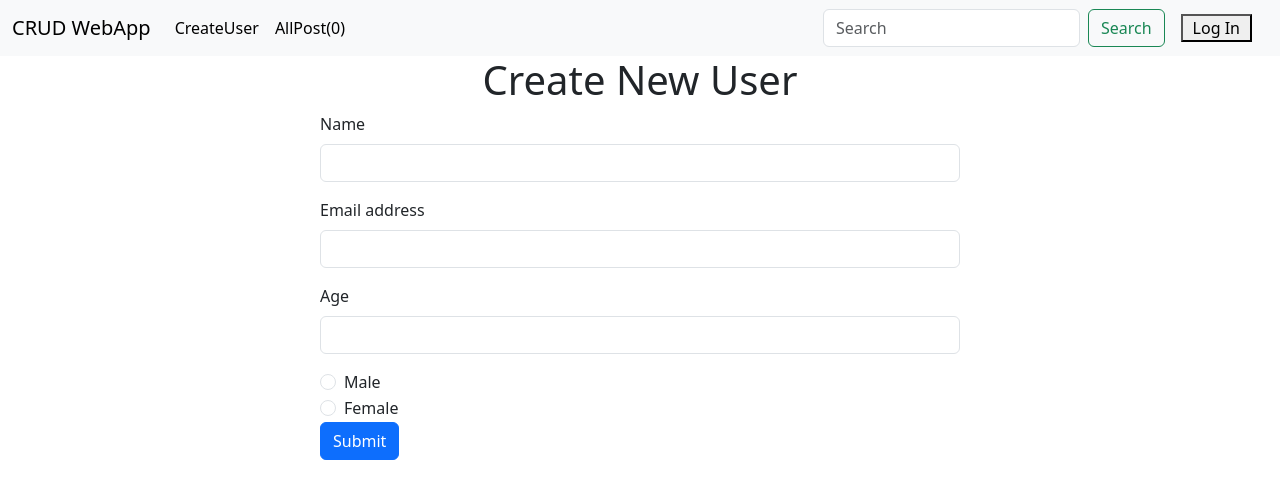
Repository: suraj-yadav7/createpost-redux
Page: /
An editor plug-in stored every save of this project. The page is shown before and after the next save, followed by the edit.
The browser window is 1280 px wide. The pictures show the whole page.
The project was rebuilt for these pictures with package versions that can differ from the ones it lists, and the page was loaded fresh each time. Also part of the build but not shown: vite.config.js, src/App.css, src/assets/viewuser.css, src/components/ViewUser.jsx, src/components/UpdateUser.jsx, src/components/Read.jsx, src/index.css.

Above is the page before, as saved 2023-05-25 23:35:02.

### index.html
<!DOCTYPE html>
<html lang="en">
  <head>
    <meta charset="UTF-8" />
    <link rel="icon" type="image/svg+xml" href="/vite.svg" />
    <meta name="viewport" content="width=device-width, initial-scale=1.0" />
    <link href="https://cdn.jsdelivr.net/npm/bootstrap@5.3.0-alpha3/dist/css/bootstrap.min.css" rel="stylesheet" integrity="sha384-KK94CHFLLe+nY2dmCWGMq91rCGa5gtU4mk92HdvYe+M/SXH301p5ILy+dN9+nJOZ" crossorigin="anonymous">
    <title>CRUD WebApp</title>
  </head>
  <body>
    <div id="root"></div>
    <script type="module" src="/src/main.jsx"></script>
    <script src="https://cdn.jsdelivr.net/npm/bootstrap@5.3.0-alpha3/dist/js/bootstrap.bundle.min.js" integrity="sha384-ENjdO4Dr2bkBIFxQpeoTz1HIcje39Wm4jDKdf19U8gI4ddQ3GYNS7NTKfAdVQSZe" crossorigin="anonymous"></script>
  </body>
</html>
  </body>
</html>

### src/main.jsx
import React from 'react'
import ReactDOM from 'react-dom/client'
import App from './App.jsx'
import './index.css'
import { Provider } from 'react-redux'
import store from "./store/store.jsx"
import { Auth0Provider } from "@auth0/auth0-react";

ReactDOM.createRoot(document.getElementById('root')).render(
  <Auth0Provider
  domain="dev-f0vrvzicx3fqszs1.us.auth0.com"
  clientId="TATqhhZI6gkrUFpzIdMG64wIT1x1fYov"
  authorizationParams={{
    redirect_uri: window.location.origin
  }}
>
  <Provider store={store}>
    <App />
  </Provider>
  </Auth0Provider>,
)

### src/App.jsx
import React, { useState } from 'react'
import './App.css'
import Navbar from './components/Navbar'
import Read from './components/Read'
import UpdateUser from "./components/UpdateUser"
import { BrowserRouter as Router,Routes,Route } from 'react-router-dom'
import CreateData from './components/CreateData.jsx'

function App() {

  return (
    <>
    <Router>
    <Navbar />
    <Routes>
    <Route exact path="/" element={<CreateData />} />
    <Route exact path="/read" element={<Read />} />
    <Route exact path="/edit/:id" element={<UpdateUser />} />
    </Routes>
    </Router>
    </>
  )
}

export default App

### src/store/store.jsx
import { configureStore } from "@reduxjs/toolkit";
import userDetail from "./slice/userDetail"

const store = configureStore({
    reducer:{
        users:userDetail
    }
})

export default store;

### src/components/Navbar.jsx
import React, { useEffect, useState } from 'react'
import { useSelector } from 'react-redux'
import { Link } from 'react-router-dom'
import { useDispatch } from 'react-redux'
import {searchUser} from  '../store/slice/userDetail'
import { useAuth0 } from "@auth0/auth0-react";

const Navbar = () => {
  const allusers = useSelector((state)=>state.users.user)
  const [searchVal, setSearchVal] = useState("")
  const dispatch = useDispatch()
  console.log("The search val", searchVal)

  const { loginWithRedirect } = useAuth0();

  useEffect(()=>{
    dispatch(searchUser(searchVal))

  },[searchVal])
  return (
    <>
      <nav className="navbar navbar-expand-lg bg-body-tertiary">
        <div className="container-fluid">
          <Link to="/" className="navbar-brand" >CRUD WebApp</Link>
          <button className="navbar-toggler" type="button" data-bs-toggle="collapse" data-bs-target="#navbarSupportedContent" aria-controls="navbarSupportedContent" aria-expanded="false" aria-label="Toggle navigation">
            <span className="navbar-toggler-icon"></span>
          </button>
          <div className="collapse navbar-collapse" id="navbarSupportedContent">
            <ul className="navbar-nav me-auto mb-2 mb-lg-0">
              <li className="nav-item">
                <Link to="/" className="nav-link active" aria-current="page" >CreateUser</Link>
              </li>
              <li className="nav-item">
                <Link to="/read" className="nav-link active" >AllPost({allusers.length})</Link>
              </li>
            </ul>
            <form className="d-flex" role="search">
              <input className="form-control me-2" type="search" onChange={(e)=>setSearchVal(e.target.value)} placeholder="Search" aria-label="Search" />
              <button className="btn btn-outline-success" type="submit">Search</button>
            </form>
            <button style={{padding:"0 10px", margin:"0 1rem"}} onClick={() => loginWithRedirect()}>Log In</button>
          </div>
        </div>
      </nav>
    </>
  )
}

export default Navbar

### src/components/CreateData.jsx
import React, {useState} from 'react'
import { useDispatch } from 'react-redux'
import { useNavigate } from 'react-router-dom'
import { createUser } from '../store/slice/userDetail'


const CreateData = () => {

    const [data, SetData]=useState({})
    const handleData= (e)=>{
        SetData({...data, [e.target.name]:e.target.value})
        console.log(data)
    }

    const dispatch = useDispatch()
    const navigate = useNavigate()

    const handleSubmit = (e)=>{
        e.preventDefault()
        dispatch(createUser(data))
        navigate("/read")
    }
    return (
        <>
             <h1 style={{textAlign:"center"}}>Create New User</h1>
            <form className='w-50 mx-auto' onSubmit={handleSubmit}>
                <div className="mb-3">
                    <label htmlFor="exampleInputEmail1" className="form-label">Name</label>
                    <input type="text" className="form-control" name="name" onChange={handleData} id="exampleInputEmail1" aria-describedby="emailHelp" />
                </div>
                <div className="mb-3">
                    <label htmlFor="exampleInputEmail1" className="form-label">Email address</label>
                    <input type="email" className="form-control" name="email" onChange={handleData} id="exampleInputEmail1" aria-describedby="emailHelp" />
                </div>
                <div className="mb-3">
                    <label htmlFor="exampleInputEmail1" className="form-label">Age</label>
                    <input type="text" className="form-control" name="age" onChange={handleData} id="exampleInputEmail1" aria-describedby="emailHelp" />
                </div>
                <div className='mx-auto'>
                    <div className="form-check">
                        <input className="form-check-input" type="radio" name="gender" value="male" onChange={handleData} id="flexRadioDefault1" />
                        <label className="form-check-label"  htmlFor="flexRadioDefault1">
                            Male
                        </label>
                    </div>
                    <div className="form-check">
                        <input className="form-check-input" type="radio" name="gender" value="female" onChange={handleData} id="flexRadioDefault2" />
                        <label className="form-check-label" htmlFor="flexRadioDefault2">
                            Female
                        </label>
                    </div>
                </div>
                <button type="submit" className="btn btn-primary" >Submit</button>
            </form>
        </>
    )
}

export default CreateData

### src/store/slice/userDetail.jsx
import { createSlice, createAsyncThunk } from "@reduxjs/toolkit";

// Creating a user
export const createUser = createAsyncThunk("createUser", async(data, {rejectWithValue})=>{
    let response = await fetch("https://646273424dca1a661346b571.mockapi.io/crud",{
    method:"POST",
    headers:{
        "content-type":"application/json"
    },
    body:JSON.stringify(data)
                })

    try{
        let apiData = await response.json()
        console.log("The dat in createuser", apiData)
        return apiData
    }
    catch(error){
        rejectWithValue(error)
    }
} )

// reading user data in allUser page
export const showUser = createAsyncThunk("showUser", async(arg,{rejectWithValue})=>{
    let response = await fetch("https://646273424dca1a661346b571.mockapi.io/crud")
    try{
        let apiData = await response.json()
        // console.log("the fetched", apiData)
        return apiData
    }
    catch(error){
        rejectWithValue(error)
    }
})

// Deleting user from database
export const deleteUser = createAsyncThunk("deleteUser", async(id,{rejectWithValue})=>{
    let response = await fetch(`https://646273424dca1a661346b571.mockapi.io/crud/${id}`,{
        method:"DELETE"
    })
    try{
        let apiData = await response.json()
        // console.log("the fetched", apiData)
        return apiData
    }
    catch(error){
        rejectWithValue(error)
    }
})

// Handling update user-data
export const updateUser = createAsyncThunk("editUser", async(data,{rejectWithValue})=>{
    let response = await fetch(`https://646273424dca1a661346b571.mockapi.io/crud/${data.id}`,{
        method:"PUT",
        headers:{
            "content-type":"application/json"
        },
        body:JSON.stringify(data)
                    })
    try{
        let apiData = await response.json()
        // console.log("the fetched", apiData)
        return apiData
    }
    catch(error){
        rejectWithValue(error)
    }
})

const userDetail= createSlice({
    name:"userDetail",
    initialState:{
        user:[],
        loading:false,
        error:null,
        searchValue:"",
        genderValue:"",
        favouriteData:[]
    },

    reducers:{
        searchUser(state,action){
            state.searchValue=action.payload
        },

        genderShow(state,action){
            state.genderValue=action.payload
        },


    },


    extraReducers:{
        // handling create new user
        [createUser.pending]:(state)=>{
            state.loading=true
        },
        [createUser.fulfilled]:(state,action)=>{
            state.user.push(action.payload)
        },
        [createUser.rejected]:(state,action)=>{
            state.error=action.payload.message
        },
        // handling show user
        [showUser.pending]:(state)=>{
            state.loading=true
        },
        [showUser.fulfilled]:(state,action)=>{
            state.user= action.payload

        },
        [showUser.rejected]:(state,action)=>{
            state.error=action.payload
        },
        // handling delete existing user
        [deleteUser.pending]:(state)=>{
            state.loading=true
        },
        [deleteUser.fulfilled]:(state,action)=>{
            const {id} = action.payload
            if(id){
                state.user=state.user.filter((elem)=>elem.id !== id)
            }

        },
        [deleteUser.rejected]:(state,action)=>{
            state.error=action.payload
        },

        // Handling edit user data
        [updateUser.pending]:(state)=>{
            state.loading=true
        },
        [updateUser.fulfilled]:(state,action)=>{
            if(action.payload.id){
               state.user= state.user.map((elem)=>(
                elem.id === action.payload.id ? action.payload : elem))
            }

        },
        [updateUser.rejected]:(state,action)=>{
            state.error=action.payload
        },
    }

})

export default userDetail.reducer
export const {searchUser,genderShow} = userDetail.actions

After the next save:
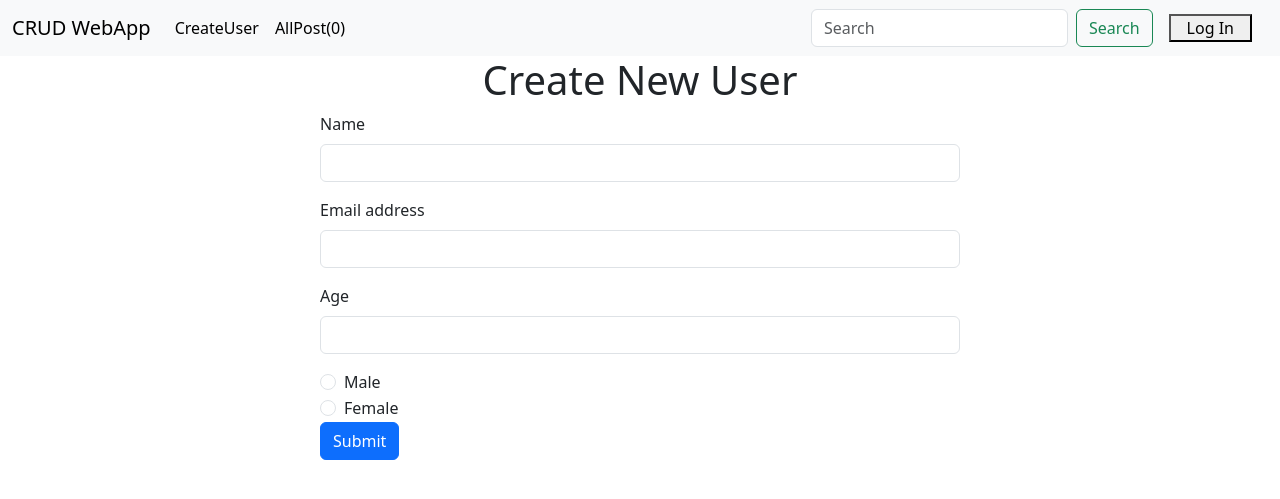
Saved 10 s later.
--- a/src/components/Navbar.jsx
+++ b/src/components/Navbar.jsx
@@ -38,7 +38,7 @@ const Navbar = () => {
               <input className="form-control me-2" type="search" onChange={(e)=>setSearchVal(e.target.value)} placeholder="Search" aria-label="Search" />
               <button className="btn btn-outline-success" type="submit">Search</button>
             </form>
-            <button style={{padding:"0 10px", margin:"0 1rem"}} onClick={() => loginWithRedirect()}>Log In</button>
+            <button style={{padding:"0 1rem", margin:"0 1rem"}} onClick={() => loginWithRedirect()}>Log In</button>
           </div>
         </div>
       </nav>
